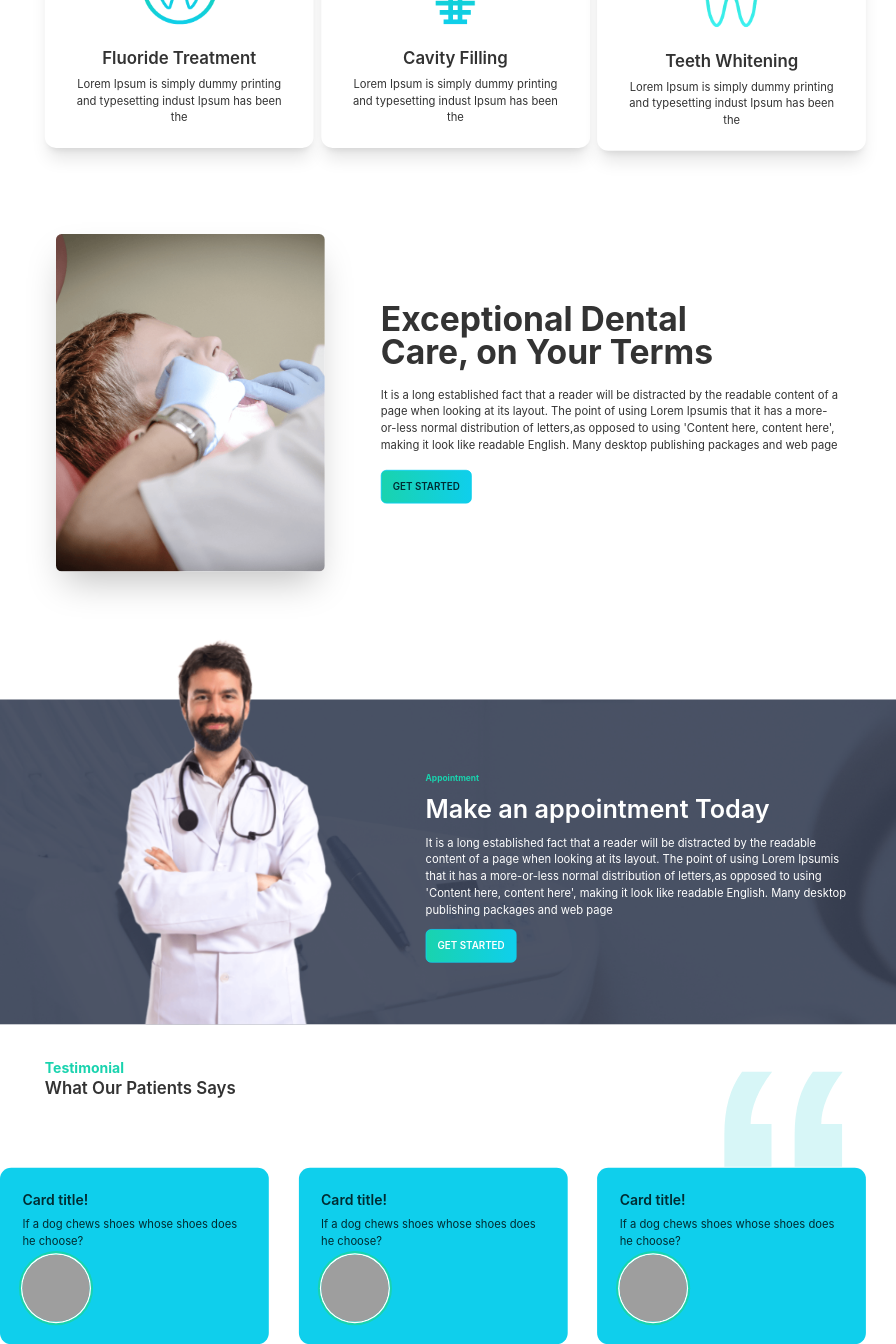
Repository: Tanvir3744/Doctors-client-website
Page: /
The author's editor kept a copy of each file at every save. The page is drawn from the files as they stood at one save, then again after the next save.
The browser window is 1280 px wide. The pictures show the part of the page from y = 1156 to 3076 px (the page is 3076 px tall), at 70% of full size.
Pictures or frames that could not be fetched are drawn as grey boxes. The project was rebuilt for these pictures with package versions that can differ from the ones it lists, and the page was loaded fresh each time. Also part of the build but not shown: src/Pages/About/About.js, src/Pages/Login/Login.js, src/Pages/NotFound/NotFound.js.

Above is the page before, as saved 2022-05-25 22:50:38.

After the next save:
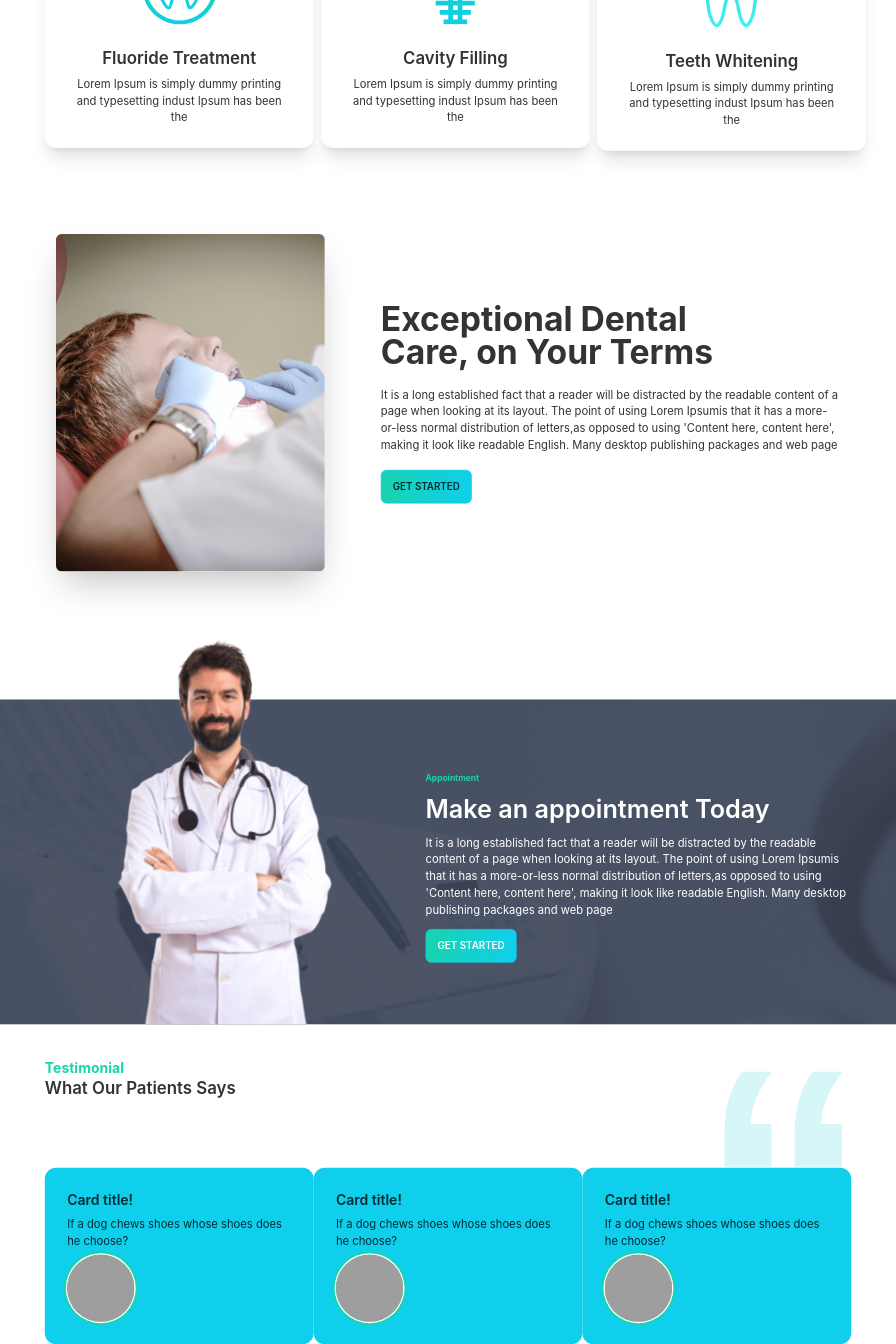
Saved 12 s later.
--- a/src/Pages/Home/Testimonials.js
+++ b/src/Pages/Home/Testimonials.js
@@ -43,7 +43,7 @@ const Testimonials = () => {
             </div>
 
             {/* testimonial cards */}
-            <div className='grid sm:grid-cols-1 md:grid-cols-2 lg:grid-cols-3'>
+            <div className='grid sm:grid-cols-1 md:grid-cols-2 lg:grid-cols-3 px-16'>
                 {
                     testData.map(test => <TestCard></TestCard>)
                 }
